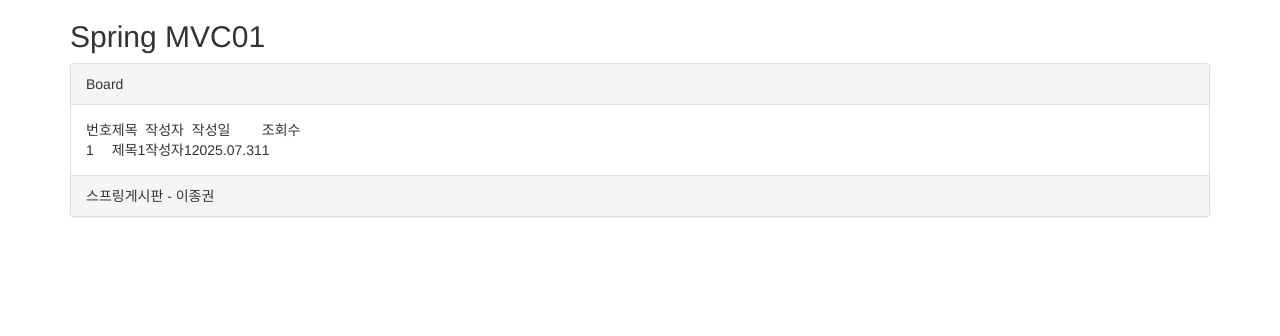
Repository: leejonggwon/PBG_SpringProject
Page: http://localhost/SpringMVC01/boardList.do
An editor plug-in stored every save of this project. The page is shown before and after the next save, followed by the edit.
The browser window is 1280 px wide. The pictures show the whole page.
The page is served by Tomcat 9. Other server files are loaded and not shown.

Above is the page before, as saved 2025-07-31 07:16:28.

### SpringMVC01/src/main/webapp/WEB-INF/views/boardList.jsp
<%@ page language="java" contentType="text/html; charset=UTF-8"
    pageEncoding="UTF-8"%>
<%@ taglib prefix="c" uri="http://java.sun.com/jsp/jstl/core"%>
<!DOCTYPE html>
<html>
<head>
<meta charset="UTF-8">
<title>Insert title here</title>
<link rel="stylesheet" href="https://maxcdn.bootstrapcdn.com/bootstrap/3.4.1/css/bootstrap.min.css">
<script src="https://ajax.googleapis.com/ajax/libs/jquery/3.7.1/jquery.min.js"></script>
<script src="https://maxcdn.bootstrapcdn.com/bootstrap/3.4.1/js/bootstrap.min.js"></script>
</head>
<body>
	<div class="container">
		<h2>Spring MVC01</h2>
		<div class="panel panel-default">
			<div class="panel-heading">Board</div>
			<div class="panel-body">
				<table>
					<tr>
						<td>번호</td>
						<td>제목</td>
						<td>작성자</td>
						<td>작성일</td>
						<td>조회수</td>
					</tr>

					<tr>
						<td>1</td>
						<td>제목1</td>
						<td>작성자1</td>
						<td>2025.07.31</td>
						<td>1</td>
					</tr>
				</table>
			</div>
			<div class="panel-footer">스프링게시판 - 이종권</div>
		</div>
	</div>
</body>
</html>

After the next save:
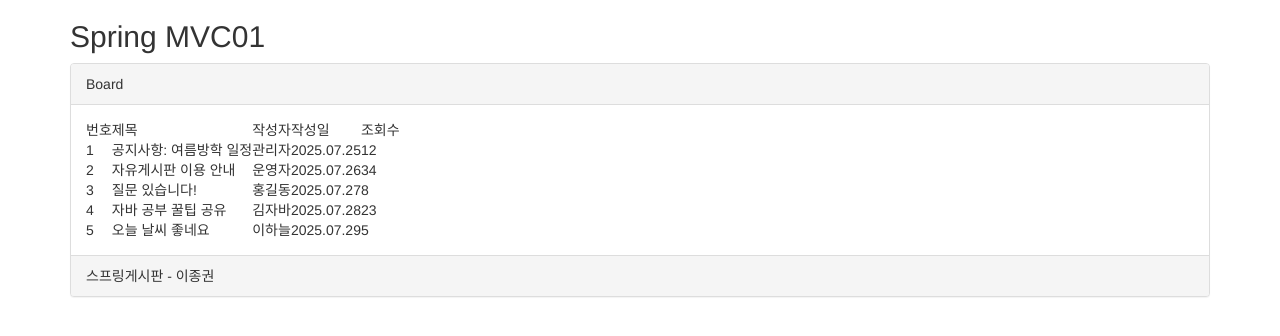
Saved 84 s later.
--- a/SpringMVC01/src/main/webapp/WEB-INF/views/boardList.jsp
+++ b/SpringMVC01/src/main/webapp/WEB-INF/views/boardList.jsp
@@ -27,10 +27,38 @@
 
 					<tr>
 						<td>1</td>
-						<td>제목1</td>
-						<td>작성자1</td>
-						<td>2025.07.31</td>
-						<td>1</td>
+						<td>공지사항: 여름방학 일정</td>
+						<td>관리자</td>
+						<td>2025.07.25</td>
+						<td>12</td>
+					</tr>
+					<tr>
+						<td>2</td>
+						<td>자유게시판 이용 안내</td>
+						<td>운영자</td>
+						<td>2025.07.26</td>
+						<td>34</td>
+					</tr>
+					<tr>
+						<td>3</td>
+						<td>질문 있습니다!</td>
+						<td>홍길동</td>
+						<td>2025.07.27</td>
+						<td>8</td>
+					</tr>
+					<tr>
+						<td>4</td>
+						<td>자바 공부 꿀팁 공유</td>
+						<td>김자바</td>
+						<td>2025.07.28</td>
+						<td>23</td>
+					</tr>
+					<tr>
+						<td>5</td>
+						<td>오늘 날씨 좋네요</td>
+						<td>이하늘</td>
+						<td>2025.07.29</td>
+						<td>5</td>
 					</tr>
 				</table>
 			</div>
